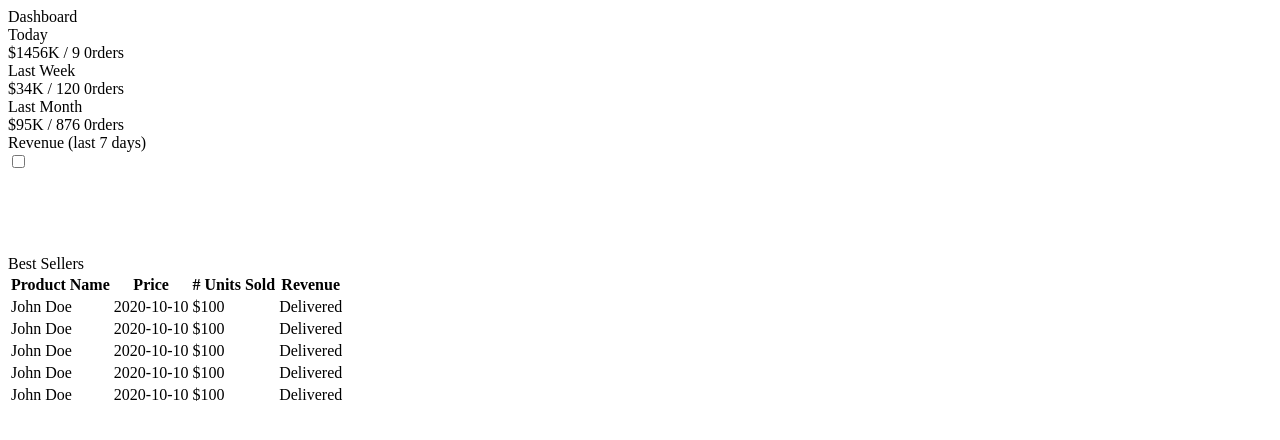
Repository: cjaymoni/FE_Submission02
Page: views/dashboard/dashboard.html
The author's editor kept a copy of each file at every save. The page is drawn from the files as they stood at one save, then again after the next save.
The browser window is 1280 px wide. The pictures show the whole page.

Above is the page before, as saved 2022-10-03 10:30:19.

### views/dashboard/dashboard.html
<div class="content">
  <div class="container">
    <div class="order-header-text">
      <span>Dashboard</span>
    </div>
  </div>

  <div class="container">
    <div class="dashboard-card">
      <div class="dashboard-card-header">
        <div class="dashboard-card-header-text">
          <span>Today</span>
        </div>
        <div class="dashboard-card-header-img">
          <i class="fas fa-calendar-day"></i>
        </div>
      </div>
      <div class="dashboard-card-body">
        <div class="dashboard-card-body-text">
          <span>$1456K / 9 0rders</span>
        </div>
      </div>
    </div>
    <div class="dashboard-card">
      <div class="dashboard-card-header">
        <div class="dashboard-card-header-text">
          <span>Last Week</span>
        </div>
        <div class="dashboard-card-header-img">
          <i class="fas fa-calendar-week"></i>
        </div>
      </div>
      <div class="dashboard-card-body">
        <div class="dashboard-card-body-text">
          <span>$34K / 120 0rders</span>
        </div>
      </div>
    </div>
    <div class="dashboard-card">
      <div class="dashboard-card-header">
        <div class="dashboard-card-header-text">
          <span>Last Month</span>
        </div>
        <div class="dashboard-card-header-img">
          <i class="fas fa-calendar-days"></i>
        </div>
      </div>
      <div class="dashboard-card-body">
        <div class="dashboard-card-body-text">
          <span>$95K / 876 0rders</span>
        </div>
      </div>
    </div>
  </div>

  <div class="container">
    <div class="order-header-text">
      <span>Revenue (last 7 days)</span>
      <div style="display: flex">
        <label class="switch">
          <input type="checkbox" id="toggleButton" name="toggleButton" />
          <span class="slider round"></span>
        </label>
      </div>
    </div>

    <!-- <div id="weeklyChartContainer" style="display: flex"> -->
    <canvas id="weeklyChart" width="200" height="80"></canvas>
    <!-- </div> -->
    <!-- <div id="monthlyChartContainer" style="display: flex"> -->
    <canvas id="monthlyChart" width="200" height="80"></canvas>
    <!-- </div> -->
  </div>

  <div class="container-col">
    <div>
      <span>Best Sellers</span>
    </div>
    <table>
      <thead>
        <tr>
          <th>Product Name</th>
          <th>Price</th>
          <th># Units Sold</th>
          <th>Revenue</th>
        </tr>
      </thead>
      <tbody>
        <tr>
          <td>John Doe</td>
          <td>2020-10-10</td>
          <td>$100</td>
          <td>Delivered</td>
        </tr>
        <tr>
          <td>John Doe</td>
          <td>2020-10-10</td>
          <td>$100</td>
          <td>Delivered</td>
        </tr>
        <tr>
          <td>John Doe</td>
          <td>2020-10-10</td>
          <td>$100</td>
          <td>Delivered</td>
        </tr>
        <tr>
          <td>John Doe</td>
          <td>2020-10-10</td>
          <td>$100</td>
          <td>Delivered</td>
        </tr>

        <tr>
          <td>John Doe</td>
          <td>2020-10-10</td>
          <td>$100</td>
          <td>Delivered</td>
        </tr>
      </tbody>
    </table>
  </div>
</div>

<script src="js/chart.js" defer></script>

Loaded but not shown: src/js/chart.js (no copy from this time; the picture is the same without it)

After the next save:
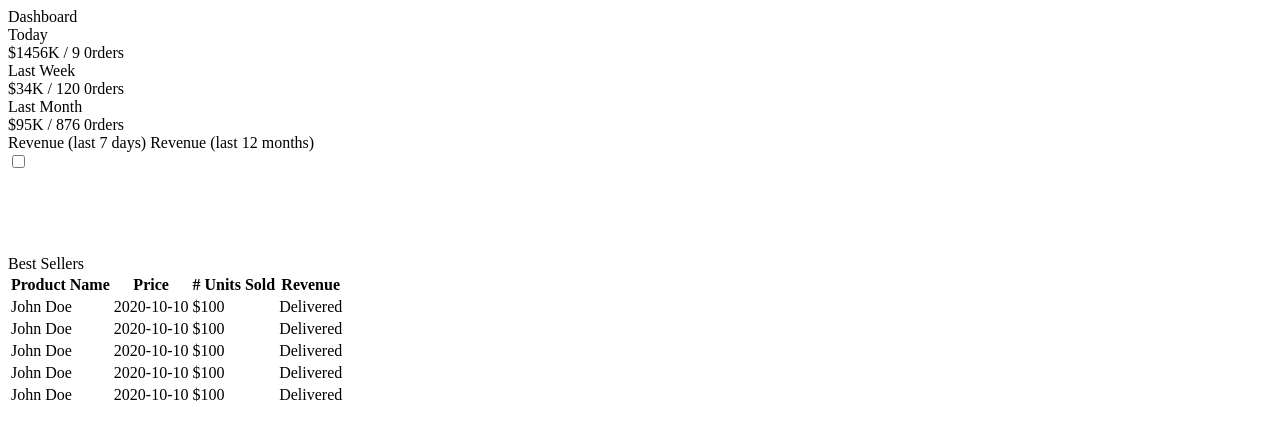
Saved 10 min 6 s later.
--- a/views/dashboard/dashboard.html
+++ b/views/dashboard/dashboard.html
@@ -56,6 +56,8 @@
   <div class="container">
     <div class="order-header-text">
       <span>Revenue (last 7 days)</span>
+      <span>Revenue (last 12 months)</span>
+
       <div style="display: flex">
         <label class="switch">
           <input type="checkbox" id="toggleButton" name="toggleButton" />
